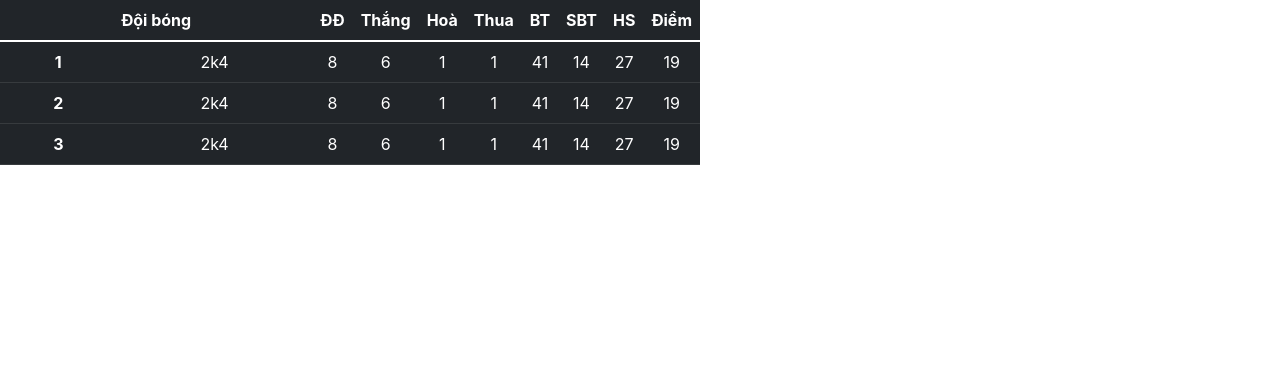
Repository: tuan842001/thulam
Page: /
An editor plug-in stored every save of this project. The page is shown before and after the next save, followed by the edit.
The browser window is 1280 px wide. The pictures show the whole page.
The project was rebuilt for these pictures with package versions that can differ from the ones it lists, and the page was loaded fresh each time.

Above is the page before, as saved 2022-01-11 15:00:41.

### public/index.html
<!DOCTYPE html>
<html lang="en">
  <head>
    <meta charset="utf-8" />
    <link rel="icon" href="%PUBLIC_URL%/favicon.ico" />
    <meta name="viewport" content="width=device-width, initial-scale=1" />
    <meta name="theme-color" content="#000000" />
    <meta
      name="description"
      content="Web site created using create-react-app"
    />

    <link href="https://cdn.jsdelivr.net/npm/bootstrap@5.1.3/dist/css/bootstrap.min.css" rel="stylesheet" integrity="sha384-1BmE4kWBq78iYhFldvKuhfTAU6auU8tT94WrHftjDbrCEXSU1oBoqyl2QvZ6jIW3" crossorigin="anonymous">
<script src="https://cdn.jsdelivr.net/npm/bootstrap@5.1.3/dist/js/bootstrap.bundle.min.js" integrity="sha384-ka7Sk0Gln4gmtz2MlQnikT1wXgYsOg+OMhuP+IlRH9sENBO0LRn5q+8nbTov4+1p" crossorigin="anonymous"></script>
    <title>React App</title>
  </head>
  <body>
    <noscript>You need to enable JavaScript to run this app.</noscript>
    <div id="root"></div>

  </body>
</html>

### src/App.js
import "./App.css";

function App() {
  return (
    <div className="App">
      <table
        className="table table-dark table-hover"
        style={{ width: "700px" }}
      >
        <thead>
          <tr>
            <th scope="col" colspan="2">
              Đội bóng
            </th>
            <th scope="col" className="hihi">
              ĐĐ
            </th>
            <th scope="col" className="hihi">
              Thắng
            </th>
            <th scope="col" className="hihi">
              Hoà
            </th>
            <th scope="col" className="hihi">
              Thua
            </th>
            <th scope="col" className="hihi">
              BT
            </th>
            <th scope="col" className="hihi">
              SBT
            </th>
            <th scope="col" className="hihi">
              HS
            </th>
            <th scope="col" className="hihi">
              Điểm
            </th>
          </tr>
        </thead>
        <tbody>
          <tr>
            <th scope="row">1</th>
            <td>2k4</td>
            <td>8</td>
            <td>6</td>
            <td>1</td>
            <td>1</td>
            <td>41</td>
            <td>14</td>
            <td>27</td>
            <td>19</td>
          </tr>
          <tr>
            <th scope="row">2</th>
            <td>2k4</td>
            <td>8</td>
            <td>6</td>
            <td>1</td>
            <td>1</td>
            <td>41</td>
            <td>14</td>
            <td>27</td>
            <td>19</td>
          </tr>
          <tr>
            <th scope="row">3</th>
            <td>2k4</td>
            <td>8</td>
            <td>6</td>
            <td>1</td>
            <td>1</td>
            <td>41</td>
            <td>14</td>
            <td>27</td>
            <td>19</td>
          </tr>
        </tbody>
      </table>
    </div>
  );
}

export default App;

### src/App.css
.App {
  text-align: center;
}

.App-logo {
  height: 40vmin;
  pointer-events: none;
}

@media (prefers-reduced-motion: no-preference) {
  .App-logo {
    animation: App-logo-spin infinite 20s linear;
  }
}

.App-header {
  background-color: #282c34;
  min-height: 100vh;
  display: flex;
  flex-direction: column;
  align-items: center;
  justify-content: center;
  font-size: calc(10px + 2vmin);
  color: white;
}

.App-link {
  color: #61dafb;
}

@keyframes App-logo-spin {
  from {
    transform: rotate(0deg);
  }

  to {
    transform: rotate(360deg);
  }
}

.hihi {
  width: 5%;
}

Loaded but not shown: src/index.js (common file); src/index.css (common file)

After the next save:
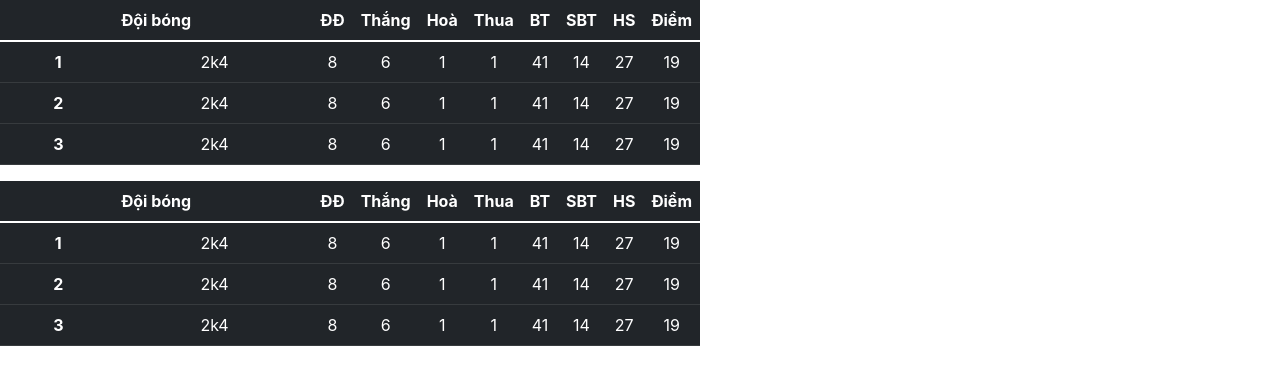
Saved 3 min 14 s later.
--- a/src/App.js
+++ b/src/App.js
@@ -77,6 +77,80 @@ function App() {
           </tr>
         </tbody>
       </table>
+      <table
+        className="table table-dark table-hover"
+        style={{ width: "700px" }}
+      >
+        <thead>
+          <tr>
+            <th scope="col" colspan="2">
+              Đội bóng
+            </th>
+            <th scope="col" className="hihi">
+              ĐĐ
+            </th>
+            <th scope="col" className="hihi">
+              Thắng
+            </th>
+            <th scope="col" className="hihi">
+              Hoà
+            </th>
+            <th scope="col" className="hihi">
+              Thua
+            </th>
+            <th scope="col" className="hihi">
+              BT
+            </th>
+            <th scope="col" className="hihi">
+              SBT
+            </th>
+            <th scope="col" className="hihi">
+              HS
+            </th>
+            <th scope="col" className="hihi">
+              Điểm
+            </th>
+          </tr>
+        </thead>
+        <tbody>
+          <tr>
+            <th scope="row">1</th>
+            <td>2k4</td>
+            <td>8</td>
+            <td>6</td>
+            <td>1</td>
+            <td>1</td>
+            <td>41</td>
+            <td>14</td>
+            <td>27</td>
+            <td>19</td>
+          </tr>
+          <tr>
+            <th scope="row">2</th>
+            <td>2k4</td>
+            <td>8</td>
+            <td>6</td>
+            <td>1</td>
+            <td>1</td>
+            <td>41</td>
+            <td>14</td>
+            <td>27</td>
+            <td>19</td>
+          </tr>
+          <tr>
+            <th scope="row">3</th>
+            <td>2k4</td>
+            <td>8</td>
+            <td>6</td>
+            <td>1</td>
+            <td>1</td>
+            <td>41</td>
+            <td>14</td>
+            <td>27</td>
+            <td>19</td>
+          </tr>
+        </tbody>
+      </table>
     </div>
   );
 }
